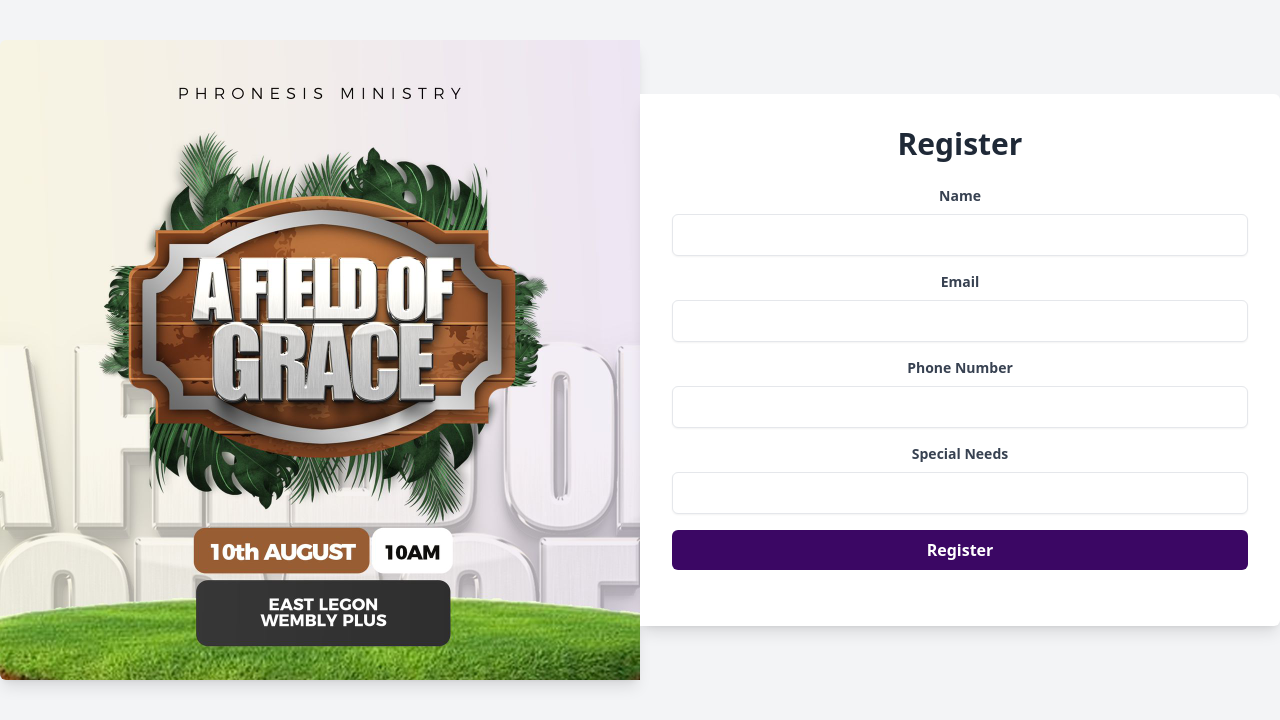
Repository: brytemenz/gracefrontend
Page: /register
The author's editor kept a copy of each file at every save. The page is drawn from the files as they stood at one save, then again after the next save.
The browser window is 1280 px wide. The pictures show the whole page.
The page's requests for data from a server got no answer. The project was rebuilt for these pictures with package versions that can differ from the ones it lists, and the page was loaded fresh each time. No one was signed in, and anything a server would have sent is missing. Also part of the build but not shown: src/pages/HomePage/HomePage.jsx, src/pages/ProfilePage/ProfilePage.jsx, src/pages/SignupPage/SignupPage.jsx, src/pages/LoginPage/LoginPage.jsx, src/components/Navbar/Navbar.jsx, src/components/Loading/Loading.css, src/components/Loading/Loading.jsx, src/components/IsPrivate/IsPrivate.jsx and 2 more.

Above is the page before, as saved 2024-07-10 11:25:13.

### public/index.html
<!DOCTYPE html>
<html lang="en">
  <head>
    <meta charset="utf-8" />
    <link rel="icon" href="%PUBLIC_URL%/favicon.ico" />
    <meta name="viewport" content="width=device-width, initial-scale=1" />
    <meta name="theme-color" content="#000000" />
    <meta
      name="description"
      content="A field of grace event"
    />

    <!--
      Notice the use of %PUBLIC_URL% in the tags above.
      It will be replaced with the URL of the `public` folder during the build.
      Only files inside the `public` folder can be referenced from the HTML.

      Unlike "/favicon.ico" or "favicon.ico", "%PUBLIC_URL%/favicon.ico" will
      work correctly both with client-side routing and a non-root public URL.
      Learn how to configure a non-root public URL by running `npm run build`.
    -->
    <title>A Field of Grace</title>
  </head>
  <body>
    <noscript>You need to enable JavaScript to run this app.</noscript>
    <div id="root"></div>
    <!--
      This HTML file is a template.
      If you open it directly in the browser, you will see an empty page.

      You can add webfonts, meta tags, or analytics to this file.
      The build step will place the bundled scripts into the <body> tag.

      To begin the development, run `npm start` or `yarn start`.
      To create a production bundle, use `npm run build` or `yarn build`.
    -->
  </body>
</html>

### src/index.css
@tailwind base;
@tailwind components;
@tailwind utilities;
body {
  margin: 0;
}

### src/App.jsx
import "./App.css";
import { Routes, Route } from "react-router-dom";
import { useContext } from "react";

import HomePage from "./pages/HomePage/HomePage";
import ProfilePage from "./pages/ProfilePage/ProfilePage";
import SignupPage from "./pages/SignupPage/SignupPage";
import LoginPage from "./pages/LoginPage/LoginPage";

import Navbar from "./components/Navbar/Navbar";
import IsPrivate from "./components/IsPrivate/IsPrivate";
import IsAnon from "./components/IsAnon/IsAnon";
import RegisterAttendee from "./pages/Attendee/RegisterAttendee";
import Dashboard from "./pages/Dashboard/Dashboard";
import { AuthContext } from "./context/auth.context";

function App() {
  const { isLoggedIn } = useContext(AuthContext);

  return (
    <div className="App">
      {isLoggedIn && <Navbar />}

      <Routes>
        <Route path="/" element={<HomePage />} />
        <Route path="/register" element={<RegisterAttendee />} />

        <Route
          path="/profile"
          element={
            <IsPrivate>
              <ProfilePage />
            </IsPrivate>
          }
        />
        <Route
          path="/dashboard"
          element={
            <IsPrivate>
              <Dashboard />
            </IsPrivate>
          }
        />
        {/* <Route
          path="/signup"
          element={
            <IsAnon>
              <SignupPage />
            </IsAnon>
          }
        /> */}
        <Route
          path="/login"
          element={
            <IsAnon>
              <LoginPage />
            </IsAnon>
          }
        />
      </Routes>
    </div>
  );
}

export default App;

### src/context/auth.context.jsx
import React, { useState, useEffect } from "react";
import authService from "../services/auth.service";

const AuthContext = React.createContext();

function AuthProviderWrapper(props) {
  const [isLoggedIn, setIsLoggedIn] = useState(false);
  const [isLoading, setIsLoading] = useState(true);
  const [user, setUser] = useState(null);

  const storeToken = (token) => {
    localStorage.setItem("authToken", token);
  };

  const authenticateUser = () => {
    // Get the stored token from the localStorage
    const storedToken = localStorage.getItem("authToken");

    // If the token exists in the localStorage
    if (storedToken) {
      // Send a request to the server using axios
      /*
        axios.get(
          `${process.env.REACT_APP_SERVER_URL}/auth/verify`,
          { headers: { Authorization: `Bearer ${storedToken}` } }
        )
        .then((response) => {})
        */

      // Or using a service
      authService
        .verify()
        .then((response) => {
          // If the server verifies that JWT token is valid  ✅
          const user = response.data;
          // Update state variables
          setIsLoggedIn(true);
          setIsLoading(false);
          setUser(user);
        })
        .catch((error) => {
          // If the server sends an error response (invalid token) ❌
          // Update state variables
          setIsLoggedIn(false);
          setIsLoading(false);
          setUser(null);
        });
    } else {
      // If the token is not available
      setIsLoggedIn(false);
      setIsLoading(false);
      setUser(null);
    }
  };

  const removeToken = () => {
    localStorage.removeItem("authToken");
  };

  const logOutUser = () => {
    // Upon logout, remove the token from the localStorage
    removeToken();
    authenticateUser();
  };

  useEffect(() => {
    // Run this code once the AuthProviderWrapper component in the App loads for the first time.
    // This effect runs when the application and the AuthProviderWrapper component load for the first time.
    authenticateUser();
  }, []);

  return (
    <AuthContext.Provider
      value={{
        isLoggedIn,
        isLoading,
        user,
        storeToken,
        authenticateUser,
        logOutUser,
      }}
    >
      {props.children}
    </AuthContext.Provider>
  );
}

export { AuthProviderWrapper, AuthContext };

### src/pages/Attendee/RegisterAttendee.jsx
import React, { useState } from 'react';
import axios from 'axios';
import { useNavigate } from 'react-router-dom';

const RegisterAttendee = () => {
  const navigate = useNavigate();

  const [formData, setFormData] = useState({
    name: '',
    email: '',
    phoneNumber: '',
    specialNeeds: ''
  });

  const [message, setMessage] = useState('');
  const [showModal, setShowModal] = useState(false);
  const [loading, setLoading] = useState(false);

  const handleChange = (e) => {
    setFormData({
      ...formData,
      [e.target.name]: e.target.value
    });
  };

  const handleSubmit = async (e) => {
    e.preventDefault();
    setLoading(true);
    try {
      const response = await axios.post('https://gracebkend.onrender.com/api/register', formData);
      setMessage(response.data.message);
      setShowModal(true);
    } catch (error) {
      console.error("Registration error:", error.response ? error.response.data : error.message);
      setMessage('Registration failed. Please try again.');
    } finally {
      setLoading(false);
    }
  };

  const closeModal = () => {
    setShowModal(false);
    navigate('/');
  };

  return (
    <div className="flex items-center justify-center min-h-screen bg-gray-100">
      {/* Left side with image */}
      <div className="hidden md:flex md:w-1/2 h-full">
        <img
          src="../../../register.jpeg"
          alt="Event Image"
          className="object-cover w-full h-full rounded-l-md shadow-lg"
        />
      </div>

      {/* Right side with form */}
      <div className="bg-white p-8 rounded-r-md shadow-lg w-full md:w-1/2">
        <h2 className="text-3xl font-bold mb-6 text-center text-gray-800">Register</h2>
        {message && <p className="mb-4 text-center text-red-500">{message}</p>}
        <form onSubmit={handleSubmit}>
          <div className="mb-4">
            <label className="block text-gray-700 text-sm font-semibold mb-2" htmlFor="name">
              Name
            </label>
            <input
              type="text"
              id="name"
              name="name"
              value={formData.name}
              onChange={handleChange}
              className="w-full px-3 py-2 border rounded-md shadow-sm focus:outline-none focus:ring-2 focus:ring-purple-400"
              required
            />
          </div>
          <div className="mb-4">
            <label className="block text-gray-700 text-sm font-semibold mb-2" htmlFor="email">
              Email
            </label>
            <input
              type="email"
              id="email"
              name="email"
              value={formData.email}
              onChange={handleChange}
              className="w-full px-3 py-2 border rounded-md shadow-sm focus:outline-none focus:ring-2 focus:ring-purple-400"
              required
            />
          </div>
          <div className="mb-4">
            <label className="block text-gray-700 text-sm font-semibold mb-2" htmlFor="phoneNumber">
              Phone Number
            </label>
            <input
              type="text"
              id="phoneNumber"
              name="phoneNumber"
              value={formData.phoneNumber}
              onChange={handleChange}
              className="w-full px-3 py-2 border rounded-md shadow-sm focus:outline-none focus:ring-2 focus:ring-purple-400"
              required
            />
          </div>
          <div className="mb-4">
            <label className="block text-gray-700 text-sm font-semibold mb-2" htmlFor="specialNeeds">
              Special Needs
            </label>
            <input
              type="text"
              id="specialNeeds"
              name="specialNeeds"
              value={formData.specialNeeds}
              onChange={handleChange}
              className="w-full px-3 py-2 border rounded-md shadow-sm focus:outline-none focus:ring-2 focus:ring-purple-400"
            />
          </div>
          <div className="mb-6">
            <button
              type="submit"
              className={`w-full bg-purple-950 hover:bg-purple-900 text-white font-bold py-2 px-4 rounded-md focus:outline-none focus:ring-2 focus:ring-purple-400 ${loading ? 'opacity-50 cursor-not-allowed' : ''}`}
              disabled={loading}
            >
              {loading ? 'Registering...' : 'Register'}
            </button>
          </div>
        </form>
      </div>

      {/* Modal */}
      {showModal && (
        <div className="fixed inset-0 flex items-center justify-center z-50 transition-opacity duration-300">
          <div className="absolute inset-0 bg-gray-800 bg-opacity-75 transition-opacity" onClick={closeModal}></div>
          <div className="bg-white p-8 rounded shadow-lg max-w-sm text-center z-50 relative transform transition-transform duration-300 scale-95">
            <p className="text-2xl font-bold mb-4 text-purple-950">Congratulations!</p>
            <p className="mb-4">You have registered successfully to A Field of Grace.</p>
            <p className="mb-4">Kindly check your email for your ticket details.</p>
            <button
              className="bg-purple-950 hover:bg-purple-900 text-white font-bold py-2 px-4 rounded focus:outline-none focus:ring-2 focus:ring-purple-400"
              onClick={closeModal}
            >
              Close
            </button>
          </div>
        </div>
      )}
    </div>
  );
};

export default RegisterAttendee;

### src/services/auth.service.js
import axios from "axios";

class AuthService {
  constructor() {
    this.api = axios.create({
      baseURL: process.env.REACT_APP_SERVER_URL || "http://localhost:5005",
    });

    // Automatically set JWT token on the request headers for every request
    this.api.interceptors.request.use((config) => {
      // Retrieve the JWT token from the local storage
      const storedToken = localStorage.getItem("authToken");

      if (storedToken) {
        config.headers = { Authorization: `Bearer ${storedToken}` };
      }

      return config;
    });
  }

  login = (requestBody) => {
    return this.api.post("https://gracebkend.onrender.com/auth/login", requestBody);
    // same as
    // return axios.post("http://localhost:5005/auth/login");
  };

  signup = (requestBody) => {
    return this.api.post("https://gracebkend.onrender.com/auth/signup", requestBody);
    // same as
    // return axios.post("http://localhost:5005/auth/singup");
  };

  verify = () => {
    return this.api.get("https://gracebkend.onrender.com/auth/verify");
    // same as
    // return axios.post("http://localhost:5005/auth/verify");
  };
}

// Create one instance (object) of the service
const authService = new AuthService();

export default authService;

Loaded but not shown: src/index.jsx (common file); src/App.css (common file); tailwind.config.js (common file); src/components/Navbar/Navbar.css (no stored copy; drawn as an empty file); src/pages/ProfilePage/ProfilePage.css (no stored copy; drawn as an empty file); src/pages/SignupPage/SignupPage.css (no stored copy; drawn as an empty file)

After the next save:
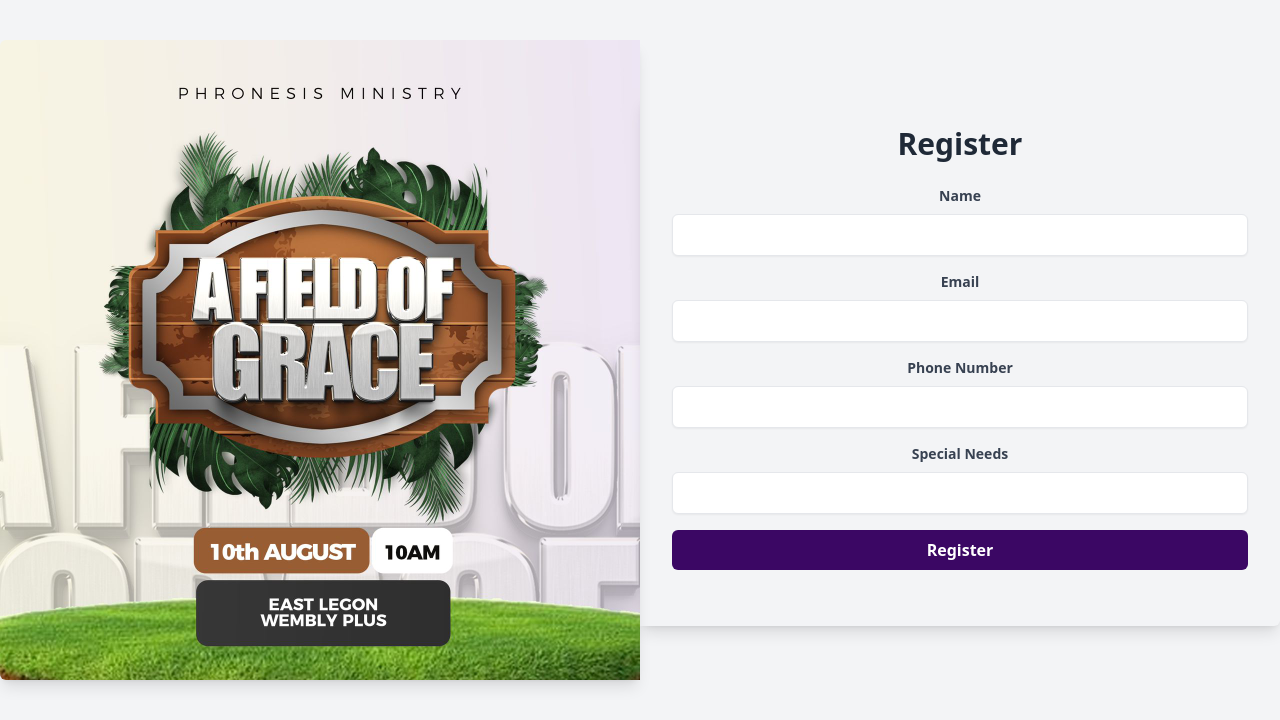
Saved 2 min 39 s later.
--- a/src/pages/Attendee/RegisterAttendee.jsx
+++ b/src/pages/Attendee/RegisterAttendee.jsx
@@ -55,7 +55,7 @@ const RegisterAttendee = () => {
       </div>
 
       {/* Right side with form */}
-      <div className="bg-white p-8 rounded-r-md shadow-lg w-full md:w-1/2">
+      <div className=" p-8 rounded-r-md shadow-lg w-full md:w-1/2">
         <h2 className="text-3xl font-bold mb-6 text-center text-gray-800">Register</h2>
         {message && <p className="mb-4 text-center text-red-500">{message}</p>}
         <form onSubmit={handleSubmit}>
